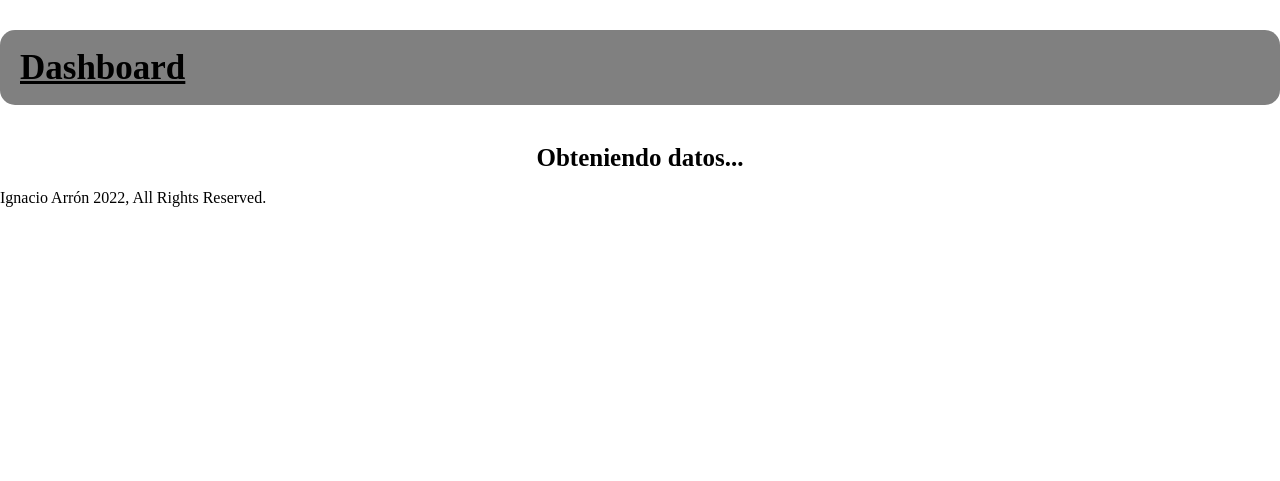
Repository: Divineridh/lppa-parcial2
Page: dashboard.html
An editor plug-in stored every save of this project. The page is shown before and after the next save, followed by the edit.
The browser window is 1280 px wide. The pictures show the whole page.
The page's requests for data from a server got no answer.

Above is the page before, as saved 2022-07-04 20:40:05.

After the next save:
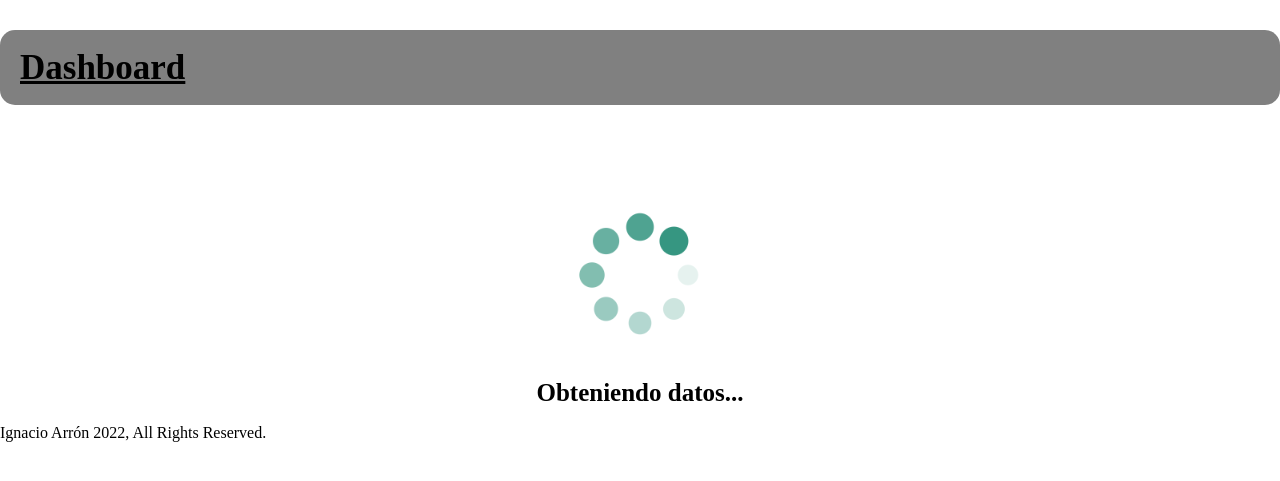
Saved 10 min 11 s later.
--- a/dashboard.html
+++ b/dashboard.html
@@ -16,6 +16,7 @@
     </header>
     <h2>Dashboard</h2>
     <div class="table-container">
+        <img class="gif hidden" src="images/loading.gif" alt="loading logo">
         <p class="text hidden">Obteniendo datos...</p>
         <table id="table">
             <thead id="encabezado"></thead>
